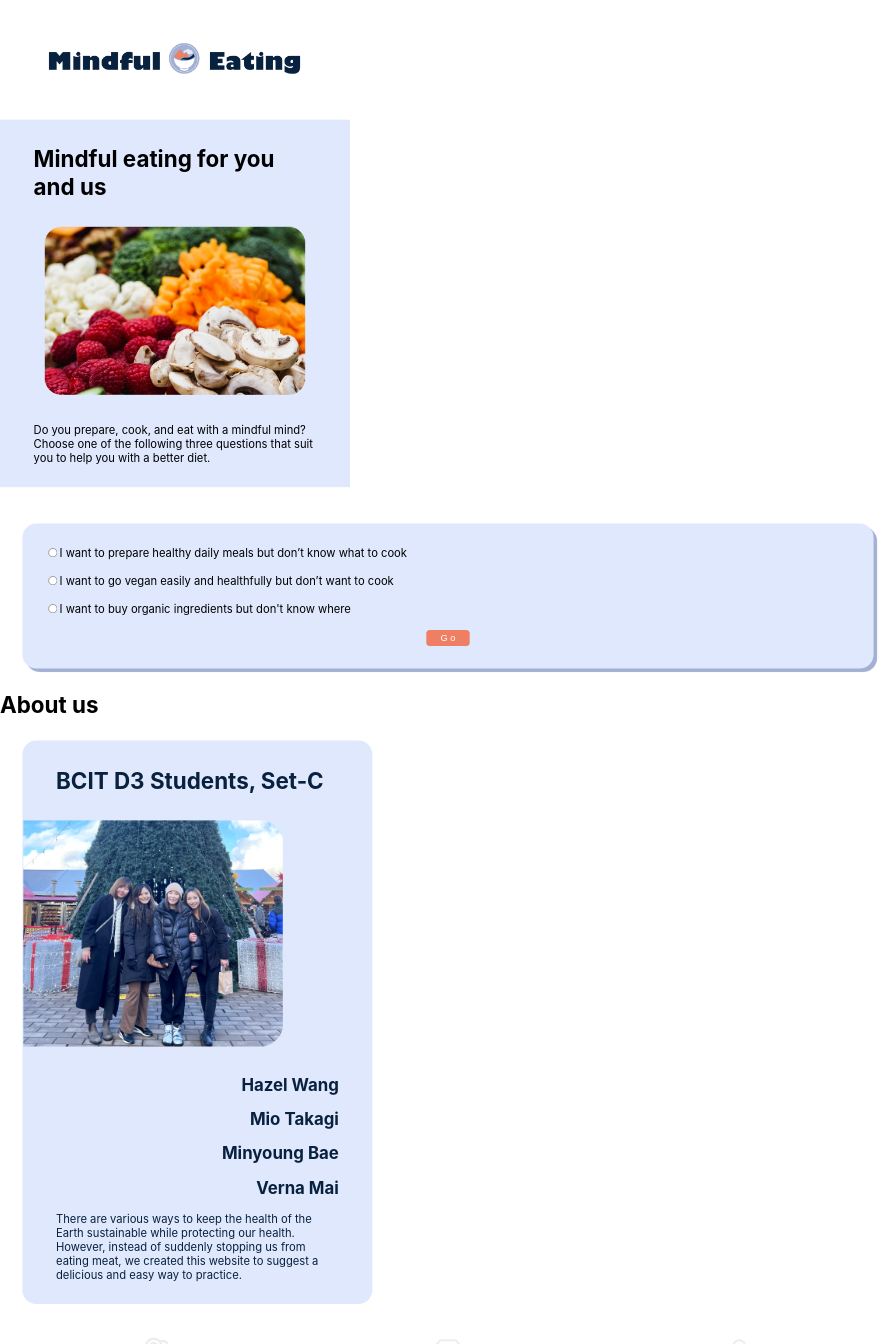
Repository: Kinakopan/design_mindfulEating_site
Page: / (app in firstapp/)
These files come from the project's save history. The page is drawn as it stood at one moment and after the next save; the edit follows.
The browser window is 1280 px wide. The pictures show the part of the page from y = 0 to 1920 px (the page is 1967 px tall before and 3083 px after), at 70% of full size.
The project was rebuilt for these pictures with package versions that can differ from the ones it lists, and the page was loaded fresh each time. The framework's server and built-in components were replaced by stand-ins that run in the browser. Also part of the build but not shown: firstapp/next.config.js, firstapp/comps/RestaurantCard.js.

Above is the page before, as saved 2022-04-21 15:01:52.

### firstapp/pages/index.js
import Head from 'next/head';
import styles from '../styles/Home.module.css';
import Link from 'next/link';
import ImgCard from '../comps/ImgCard';
import Navbar from '../comps/Navbar';
import Questions from '../comps/Questions';

import { useRouter } from 'next/router';

export default function Home() {

  const r = useRouter();

  return (
    <div className={styles.container}>
      <Head>
        <title>Mindful eating</title>
        <meta name="description" content="Mindful eating guide website" />
        <link rel="icon" href="/logo/navbar_logo.png" />
      </Head>

      <main>

      <ImgCard
        img="/logo/horizontal_logo.png"
        bg="white"
      />

      <ImgCard
      title="Mindful eating for you and us"
      bg="#E0E8FD"
      img="/food1.png"
      tcl="#000"
      txt="Do you prepare, cook, and eat with a mindful mind? Choose one of the following three questions that suit you to help you with a better diet."
      />

    <br></br>

      <Questions
      id="recipe" btName="want to cook" txt="I want to prepare healthy daily meals but don’t know what to cook" id2="restaurant" btName2="dont want to cook" txt2="I want to go vegan easily and healthfully but don’t want to cook"
      id3="localFood" btName3="want to buy" txt3="I want to buy organic ingredients but don't know where"></Questions>



    <h1>About us</h1>

      <ImgCard
        bor="20px"
        mar="2rem"
        title="BCIT D3 Students, Set-C"
        img="/about_us.png"
        marg="0 0 0 -4em"
        n1="Hazel Wang"
        n2="Mio Takagi"
        n3="Minyoung Bae"
        n4="Verna Mai"
        txt="There are various ways to keep the health of the Earth sustainable while protecting our health. However, instead of suddenly stopping us from eating meat, we created this website to suggest a delicious and easy way to practice."
      />

      <Navbar></Navbar>

      </main>
    </div>
  )
}

### firstapp/styles/Home.module.css
.container {
  padding: 0;
}

.main {
  min-height: 100vh;
  padding: 4rem 0;
  flex: 1;
  display: flex;
  flex-direction: column;
  justify-content: center;
  align-items: center;
}

.footer {
  display: flex;
  flex: 1;
  padding: 2rem 0;
  border-top: 1px solid #eaeaea;
  justify-content: center;
  align-items: center;
}

.footer a {
  display: flex;
  justify-content: center;
  align-items: center;
  flex-grow: 1;
}

.title a {
  color: #0070f3;
  text-decoration: none;
}

.title a:hover,
.title a:focus,
.title a:active {
  text-decoration: underline;
}

.title {
  margin: 0;
  line-height: 1.15;
  font-size: 4rem;
}

.title,
.description {
  text-align: center;
}

.description {
  margin: 4rem 0;
  line-height: 1.5;
  font-size: 1.5rem;
}

.code {
  background: #fafafa;
  border-radius: 5px;
  padding: 0.75rem;
  font-size: 1.1rem;
  font-family: Menlo, Monaco, Lucida Console, Liberation Mono, DejaVu Sans Mono,
    Bitstream Vera Sans Mono, Courier New, monospace;
}

.grid {
  display: flex;
  align-items: center;
  justify-content: center;
  flex-wrap: wrap;
  max-width: 800px;
}

.card {
  margin: 1rem;
  padding: 1.5rem;
  text-align: left;
  color: inherit;
  text-decoration: none;
  border: 1px solid #eaeaea;
  border-radius: 10px;
  transition: color 0.15s ease, border-color 0.15s ease;
  max-width: 300px;
}

.card:hover,
.card:focus,
.card:active {
  color: #0070f3;
  border-color: #0070f3;
}

.card h2 {
  margin: 0 0 1rem 0;
  font-size: 1.5rem;
}

.card p {
  margin: 0;
  font-size: 1.25rem;
  line-height: 1.5;
}

.logo {
  height: 1em;
  margin-left: 0.5rem;
}

.rediv {
padding:0px;
}



@media (max-width: 600px) {
  .grid {
    width: 100%;
    flex-direction: column;
  }
}

### firstapp/comps/ImgCard.js
import { Children } from 'react';
import styled from 'styled-components';
import rcont from './RestaurantCard';

const CardCont = styled.div`
    background-color: ${props=>props.cl};
    color: ${props=>props.text_cl};
    min-width: 375px;
    max-width: 500px;
    padding: ${props=>props.cont_padding};
    border-radius: ${props=>props.border_radius};
    margin: ${props=>props.margin};
`;

const DispImage = styled.img`
    width: 100%;
    padding: 1em;
    margin: ${props=>props.image_margin};
`;

const List = styled.div`
    text-align: right;
`;

export default function ImgCard({
    img="/food1.png",
    bg="#E0E8FD",
    tcl="#08213E",
    title="",
    txt="",
    bor="",
    mar="",
    n1,n2,n3,n4="",
    marg="",
    cpa="1em 3em 1em 3em",
    Children=null

}){

    return <CardCont cl={bg} text_cl={tcl} border_radius={bor} margin={mar} cont_padding={cpa}>
        <h1>{title}</h1>
        <DispImage src={img} image_margin={marg}/>
        <br/>
        <List>
            <h2>{n1}</h2>
            <h2>{n2}</h2>
            <h2>{n3}</h2>
            <h2>{n4}</h2>
        </List>
        <p>{txt}</p>
        {Children}

    </CardCont>
}

### firstapp/comps/Navbar/index.js
import styled from "styled-components";

import { useRouter } from 'next/router';


const NavBottom = styled.div`
    width: 100vw;
    height: fit-content;
    display: flex;
    justify-content: space-around;
    align-items: center;
    margin-top: 20px;
    padding: 1em;
    background-color: white;
`;

const Button = styled.button`
    background-image: url("${props=>props.icon}");
    background-color: white;
    background-size: 100% 100%;
    width: 40px;
    height: 40px;
    border: none;
`


export default function Navbar(){

    const r = useRouter();

    return <NavBottom>
        <Button icon="/Logo/logo1.png" onClick = {
            ()=>r.push("/recipes")
        }></Button>
        <Button icon="/Logo/logo2.png" onClick = {
            ()=>r.push("/quiz")
        }></Button>
        <Button icon="/Logo/logo3.png" onClick = {
            ()=>r.push("/recipes")
        }></Button>
    </NavBottom>
}

### firstapp/comps/Questions.js
import styled from 'styled-components';

import { useRouter } from 'next/router';

const Cont = styled.form`
  background-color: #E0E8FD;
  border-radius: 20px;
  box-shadow: #A2B0D3 5px 5px 1px;
  padding: 2em;
  margin: 2em;
`;

// const Question = styled.input`
//   border-radius: 20%;
//   appearance: none;
//   transition: 0.2s all linear;
//   color: #EF7F63

// `;

const Button = styled.button`
  background-color: #ef7f63;
  border: none;
  border-radius: 5px;
  color: white;
  padding: 0.3em 1.5em 0.3em 1.5em;
  display: block;
  margin: 0 auto;
`;

export default function Questions({
  txt="", txt2="", txt3="",
  id="", id2="", id3="",
}){

   const r = useRouter();
   var {qnum} = r.query;


  return <Cont>
    <div>
    <input type="radio" id={id} name="radio button" value={txt}/>
    <label for={id}>{txt}</label>
    </div>


    <br/>

    <div>
    <input type="radio" id={id2} name="radio button" value={txt2}/>
    <label for={id2}>{txt2}</label>
    </div>

    <br/>

    <div>
    <input type="radio" id={id3} name="radio button" value={txt3}/>
    <label for={id3}>{txt3}</label>
    </div>

    <br />
    <Button type='submit'>G o</Button>


  </Cont>
}

Loaded but not shown: firstapp/pages/_app.js (common file); firstapp/styles/globals.css (common file)

After the next save:
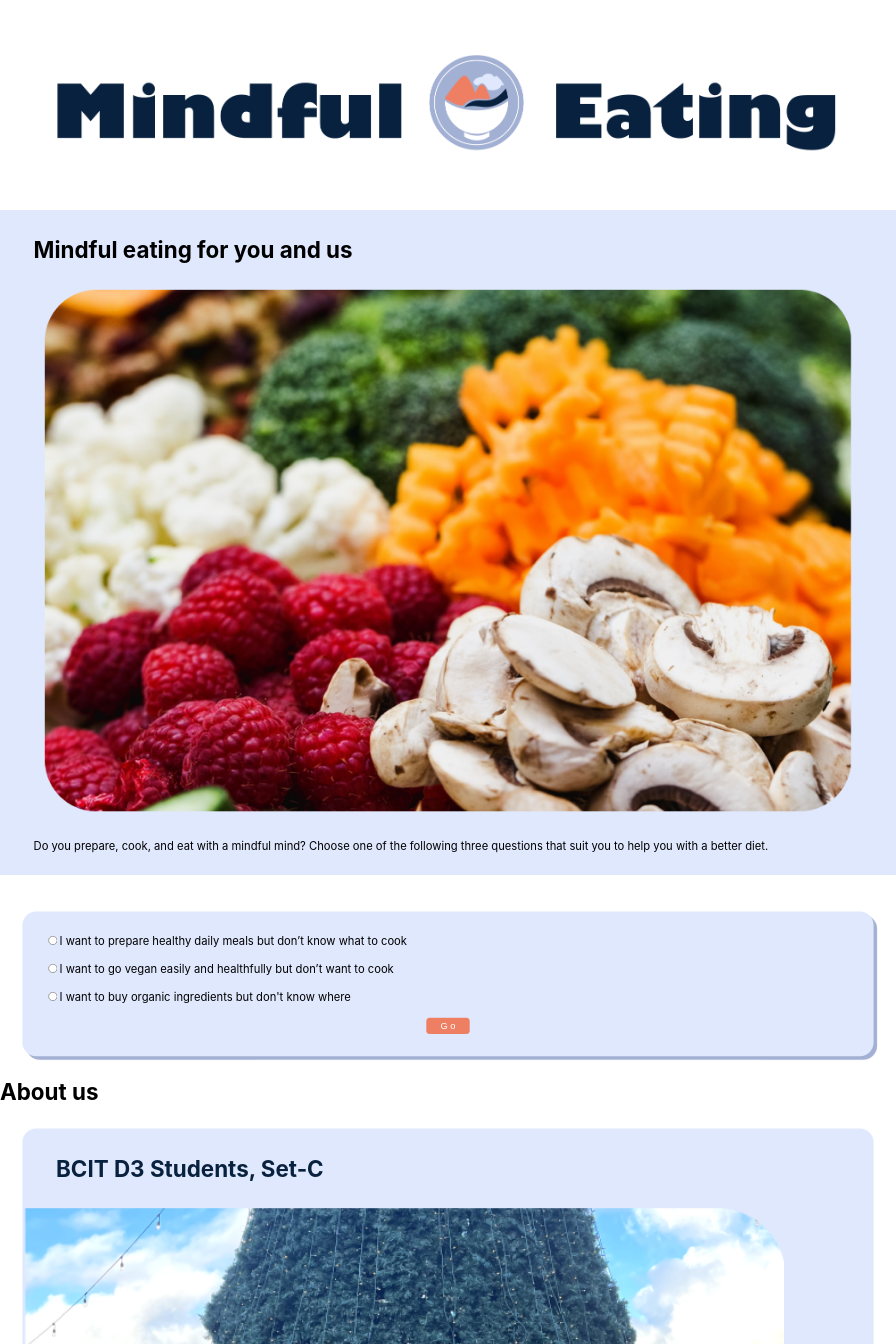
Saved 4 min 2 s later.
--- a/firstapp/comps/ImgCard.js
+++ b/firstapp/comps/ImgCard.js
@@ -6,8 +6,8 @@
     background-color: ${props=>props.cl};
     color: ${props=>props.text_cl};
     min-width: 375px;
-    max-width: 500px;
-    padding: ${props=>props.cont_padding};
+
+    padding: 1em 3em 1em 3em;
     border-radius: ${props=>props.border_radius};
     margin: ${props=>props.margin};
 `;
@@ -32,12 +32,11 @@
     mar="",
     n1,n2,n3,n4="",
     marg="",
-    cpa="1em 3em 1em 3em",
     Children=null
 
 }){
 
-    return <CardCont cl={bg} text_cl={tcl} border_radius={bor} margin={mar} cont_padding={cpa}>
+    return <CardCont cl={bg} text_cl={tcl} border_radius={bor} margin={mar}>
         <h1>{title}</h1>
         <DispImage src={img} image_margin={marg}/>
         <br/>

After the 2 saves that followed:
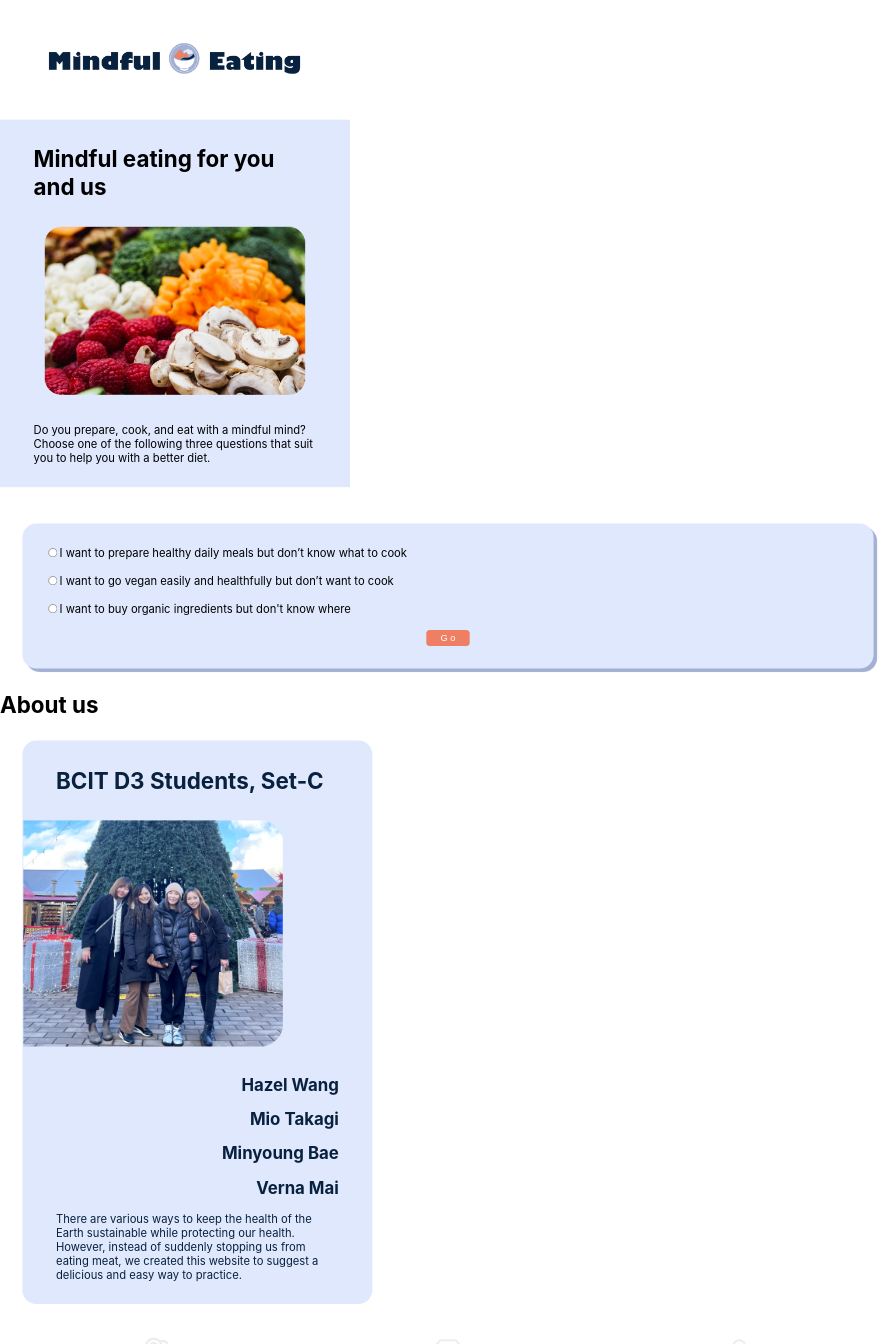
The 2 saves are shown as one change because 1 left the picture as it was.
The last was saved 44 s later.
--- a/firstapp/styles/Home.module.css
+++ b/firstapp/styles/Home.module.css
@@ -110,6 +110,7 @@
 
 .rediv {
 padding:0px;
+margin: 0px;
 }
 
 
--- a/firstapp/comps/ImgCard.js
+++ b/firstapp/comps/ImgCard.js
@@ -6,7 +6,7 @@
     background-color: ${props=>props.cl};
     color: ${props=>props.text_cl};
     min-width: 375px;
-
+    max-width: 500px;
     padding: 1em 3em 1em 3em;
     border-radius: ${props=>props.border_radius};
     margin: ${props=>props.margin};
